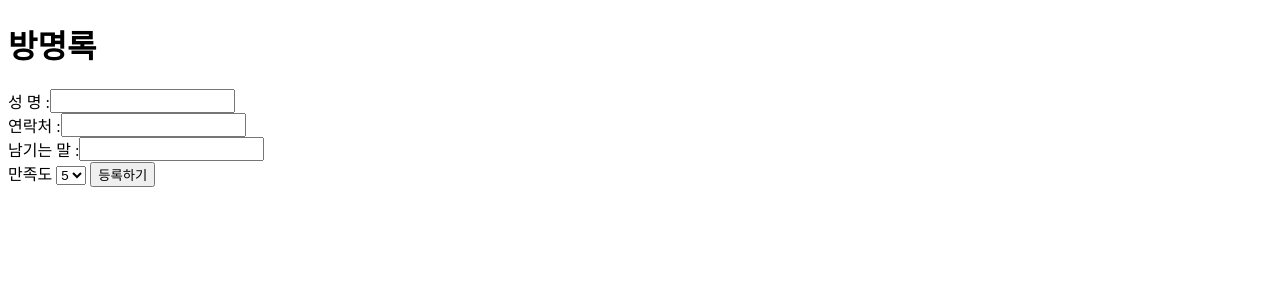
Repository: HyeongChank/P2VisitorCount
Page: http://localhost/P2VisitorCounter/Counter/Login.jsp
An editor plug-in stored every save of this project. The page is shown before and after the next save, followed by the edit.
The browser window is 1280 px wide. The pictures show the whole page.
The page is served by Tomcat 9. The template is opened directly, without the code that normally fills it, so the values that code supplies are empty.

Above is the page before, as saved 2023-04-03 00:18:33.
Console error: SyntaxError: Unexpected end of input

After the next save:
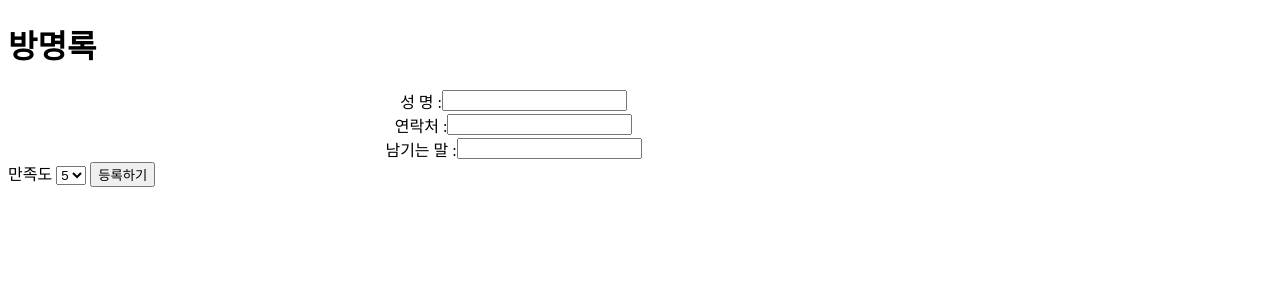
Saved 69 s later.
--- a/P2VisitorCounter/src/main/webapp/Counter/Login.jsp
+++ b/P2VisitorCounter/src/main/webapp/Counter/Login.jsp
@@ -7,6 +7,8 @@
 <style>
 	div{
 		display : flex;
+		justify-content : center;
+		align-items : center;
 		width : 80%;
 	}
 </style>
